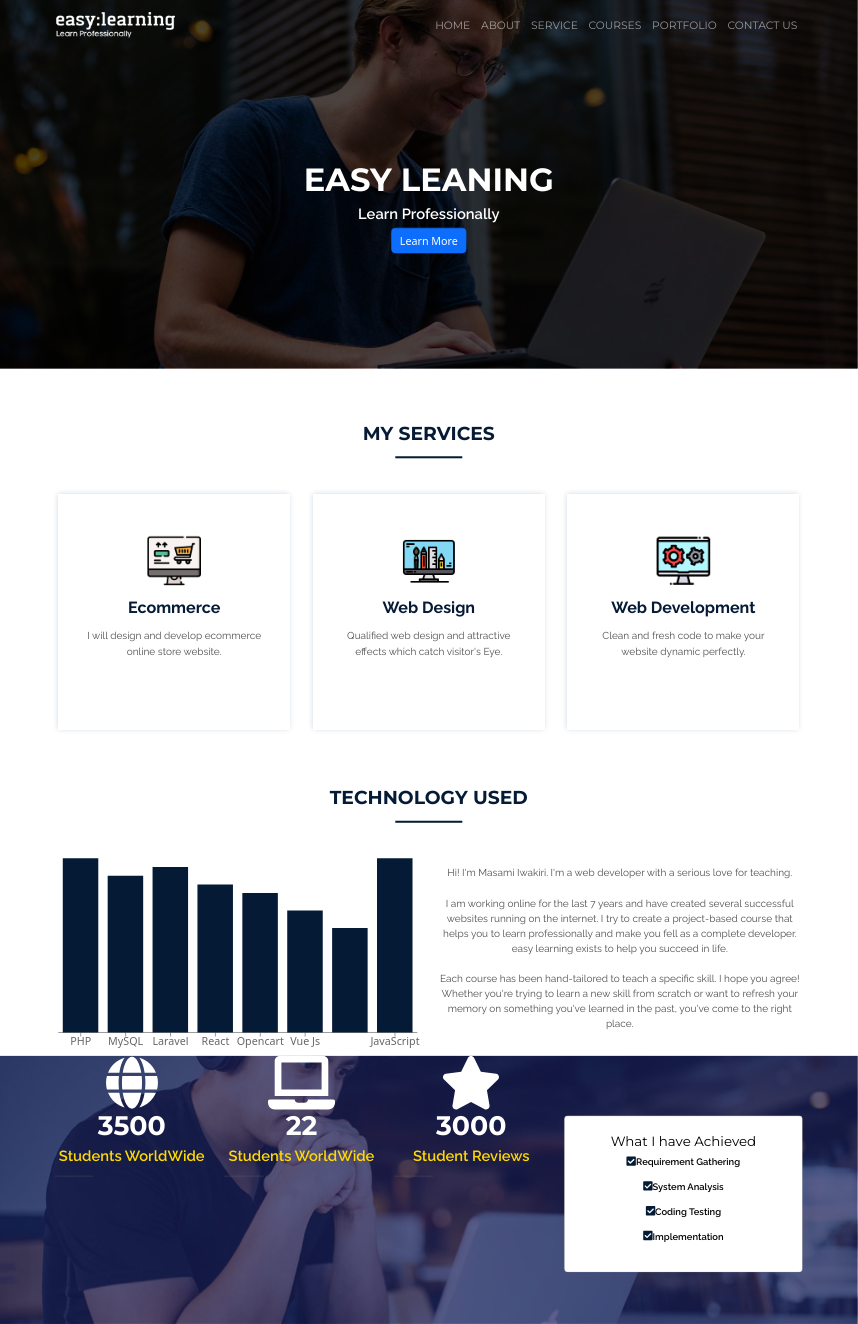
Repository: masamichan/free_video_app
Page: /
An editor plug-in stored every save of this project. The page is shown before and after the next save, followed by the edit.
The browser window is 1280 px wide. The pictures show the whole page, at 67% of full size.
Backgrounds fixed to the window are drawn as part of the page. The project was rebuilt for these pictures with package versions that can differ from the ones it lists, and the page was loaded fresh each time.

Above is the page before, as saved 2023-01-31 13:15:46.

After the next save:
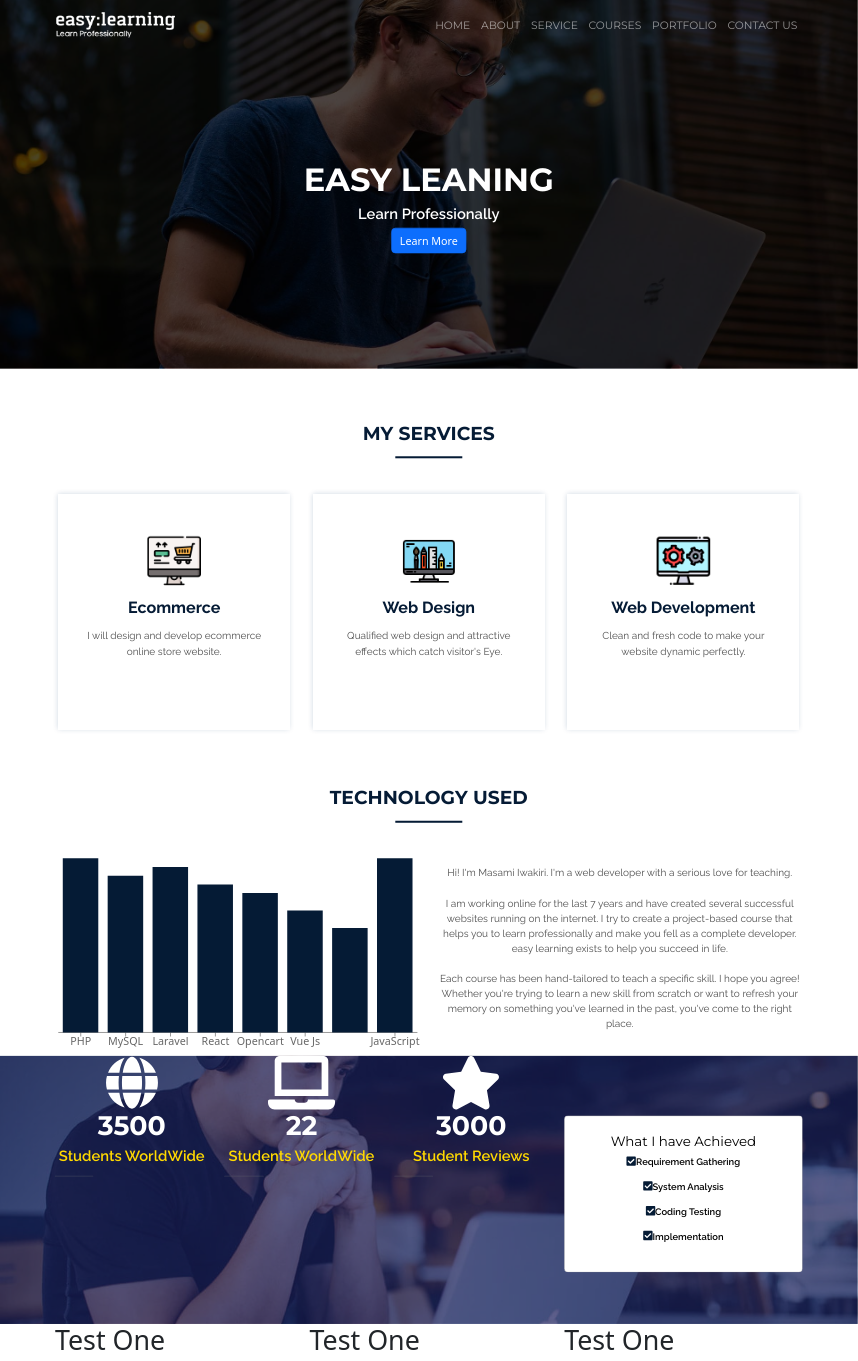
Saved 30 s later.
--- a/src/App.js
+++ b/src/App.js
@@ -5,6 +5,7 @@ import Summary from "./components/Summary/Summary";
 import { TopBanner } from "./components/TopBanner/TopBanner";
 import TopNavigation from "./components/TopNavigation/TopNavigation";
 import "./asset/css/bootstrap.min.css";
+import RecentProject from "./components/RecentProject/RecentProject";
 
 function App() {
   return (
@@ -14,6 +15,7 @@ function App() {
       <Services />
       <Analysis />
       <Summary />
+      <RecentProject />
     </div>
   );
 }
